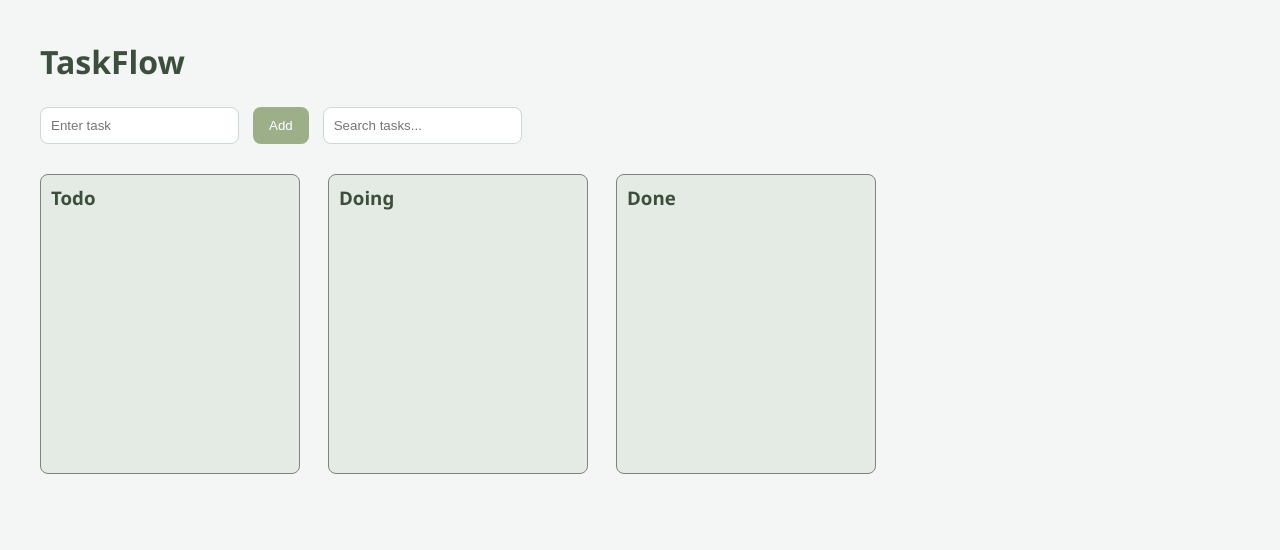
Repository: lissaintech/TaskFlow
Page: /
The author's editor kept a copy of each file at every save. The page is drawn from the files as they stood at one save, then again after the next save.
The browser window is 1280 px wide. The pictures show the whole page.
The project was rebuilt for these pictures with package versions that can differ from the ones it lists, and the page was loaded fresh each time. Also part of the build but not shown: vite.config.js.

Above is the page before, as saved 2026-02-12 20:02:21.

After the next save:
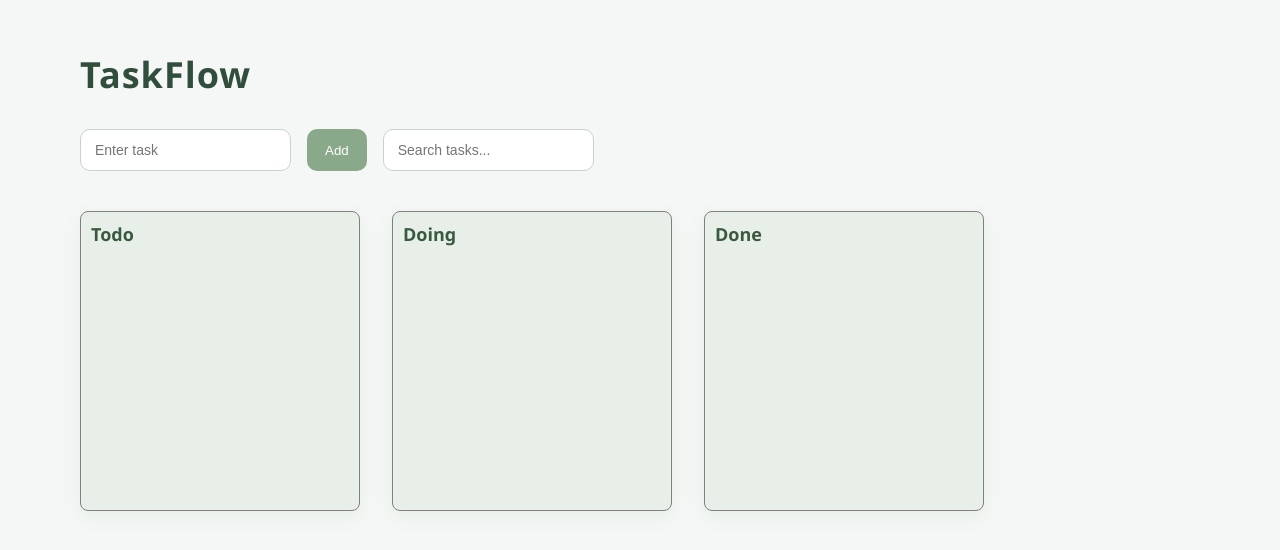
Saved 85 s later.
--- a/src/App.css
+++ b/src/App.css
@@ -1,45 +1,48 @@
 .app {
-  padding: 40px;
+  padding: 50px 80px;
   min-height: 100vh;
-  background: #f3f6f4;
+  background: #f4f7f5;
   font-family: 'Segoe UI', sans-serif;
   color: #2f3e2f;
 }
 
 h1 {
-  margin-bottom: 24px;
-  font-size: 32px;
-  color: #3c4f3c;
+  margin-bottom: 30px;
+  font-size: 36px;
+  font-weight: 600;
+  letter-spacing: 1px;
+  color: #314d3c;
 }
 
 .top-bar {
   display: flex;
-  gap: 14px;
-  margin-bottom: 30px;
+  gap: 16px;
+  margin-bottom: 40px;
 }
 
 .top-bar input {
-  padding: 10px;
-  border: 1px solid #cdd8ce;
-  border-radius: 8px;
+  padding: 12px 14px;
+  border: 1px solid #c8d3c9;
+  border-radius: 10px;
   background: white;
+  font-size: 14px;
   outline: none;
   transition: 0.2s ease;
 }
 
 .top-bar input:focus {
-  border-color: #9caf88;
-  box-shadow: 0 0 0 2px rgba(156, 175, 136, 0.2);
+  border-color: #8aa98a;
+  box-shadow: 0 0 0 3px rgba(138, 169, 138, 0.15);
 }
 
 .top-bar button {
-  padding: 10px 16px;
+  padding: 12px 18px;
   border: none;
-  background: #9caf88;
+  background: #8aa98a;
   color: white;
-  border-radius: 8px;
+  border-radius: 10px;
+  font-weight: 500;
   cursor: pointer;
-  font-weight: 500;
   transition: 0.2s ease;
 }
 
@@ -49,30 +52,33 @@ h1 {
 
 .board {
   display: flex;
-  gap: 28px;
+  gap: 32px;
   align-items: flex-start;
 }
 
 .column {
-  background: #e3ebe4;
-  padding: 18px;
-  border-radius: 14px;
-  width: 260px;
-  min-height: 420px;
+  background: #e7efe8;
+  padding: 20px;
+  border-radius: 18px;
+  width: 280px;
+  min-height: 450px;
+  box-shadow: 0 6px 20px rgba(110, 139, 107, 0.08);
   transition: 0.2s ease;
 }
 
 .column h3 {
-  margin-bottom: 14px;
-  color: #3c4f3c;
+  margin-bottom: 18px;
+  font-size: 18px;
+  font-weight: 600;
+  color: #3a5a40;
 }
 
 .task-card {
   background: white;
-  padding: 12px;
-  margin-bottom: 12px;
-  border-radius: 10px;
-  box-shadow: 0 4px 10px rgba(110, 139, 107, 0.08);
+  padding: 14px 16px;
+  margin-bottom: 14px;
+  border-radius: 14px;
+  box-shadow: 0 4px 14px rgba(110, 139, 107, 0.12);
   transition: 0.2s ease;
   cursor: grab;
   display: flex;
@@ -81,36 +87,26 @@ h1 {
 }
 
 .task-card:hover {
-  transform: translateY(-3px);
-  box-shadow: 0 6px 14px rgba(110, 139, 107, 0.15);
+  transform: translateY(-4px);
+  box-shadow: 0 8px 20px rgba(110, 139, 107, 0.18);
 }
 
 .task-card span {
   flex: 1;
+  font-size: 14px;
+  font-weight: 500;
+  color: #2f3e2f;
 }
 
 .task-card button {
   border: none;
   background: transparent;
   cursor: pointer;
-  margin-left: 8px;
+  margin-left: 10px;
   font-size: 14px;
   transition: 0.2s ease;
 }
 
 .task-card button:hover {
-  transform: scale(1.1);
+  transform: scale(1.15);
 }
-
-
-.column-todo {
-  border-top: 5px solid #9caf88;
-}
-
-.column-doing {
-  border-top: 5px solid #b8c7a6;
-}
-
-.column-done {
-  border-top: 5px solid #6e8b6b;
-}
